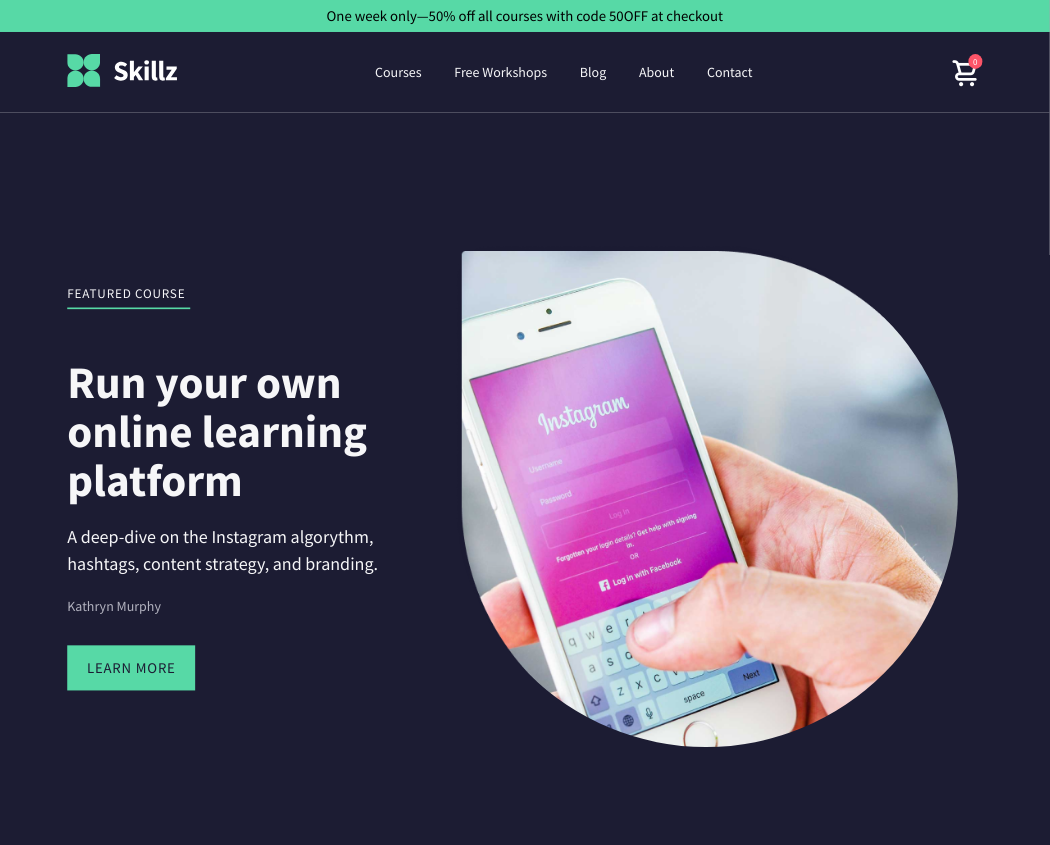
Repository: saidabbasun/skillz
Page: /
The author's editor kept a copy of each file at every save. The page is drawn from the files as they stood at one save, then again after the next save.
The browser window is 1280 px wide. The pictures show the whole page, at 82% of full size.
The project was rebuilt for these pictures with package versions that can differ from the ones it lists, and the page was loaded fresh each time.

Above is the page before, as saved 2022-06-13 04:39:50.

After the next save:
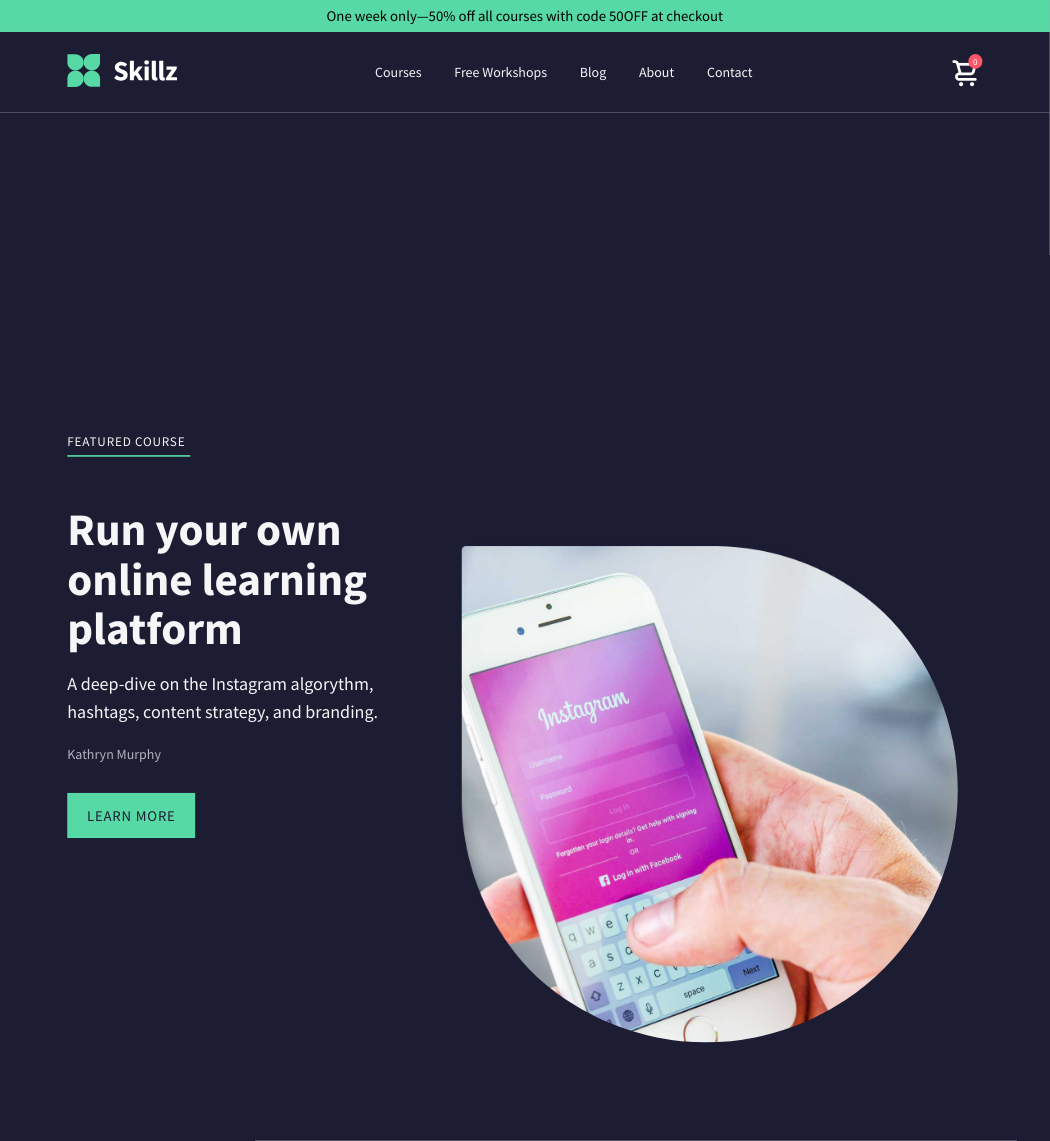
Saved 6 s later.
--- a/src/styles/Home.scss
+++ b/src/styles/Home.scss
@@ -58,7 +58,7 @@
     display: flex;
     justify-content: center;
     align-items: center;
-    padding-top: 40px;
+    padding-top: 400px;
 }
 
 .bgRectangle{
